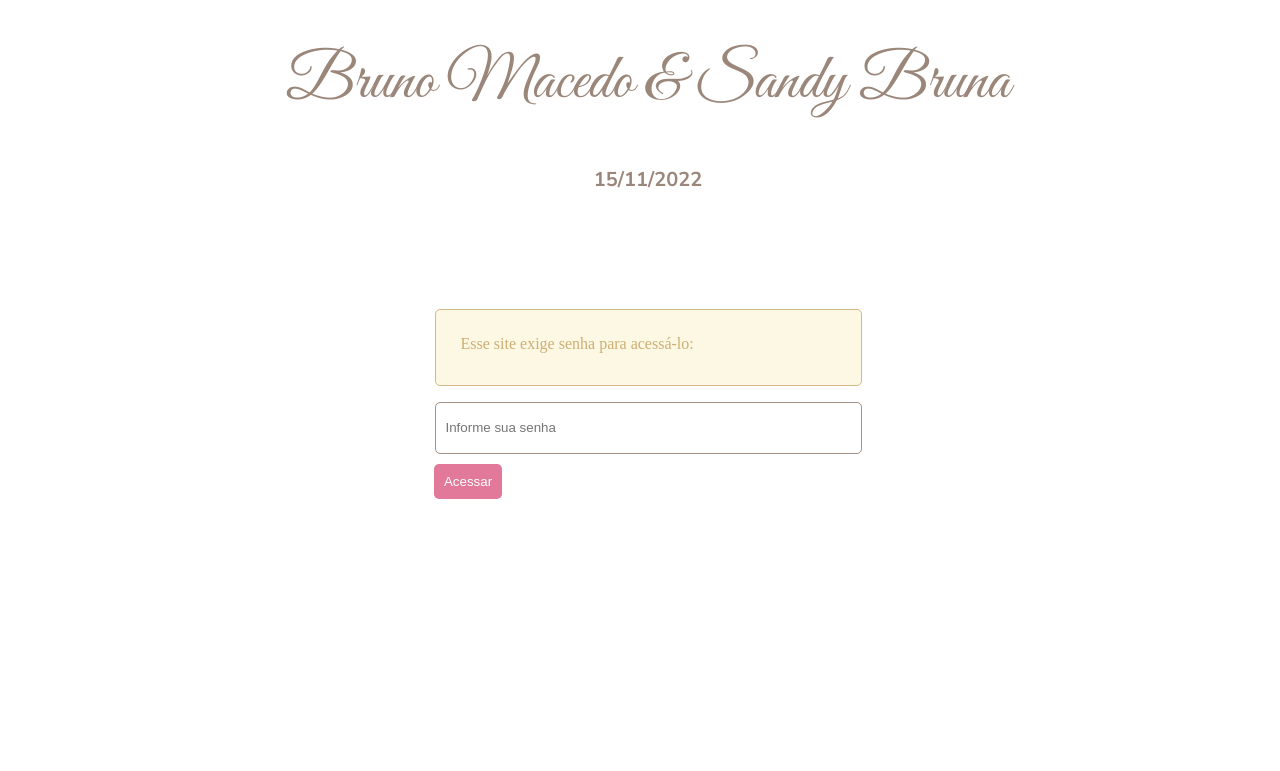
Repository: FerrazNathan/projetoBruno
Page: /login (app in projeto-bruno/)
The author's editor kept a copy of each file at every save. The page is drawn from the files as they stood at one save, then again after the next save.
The browser window is 1280 px wide. The pictures show the whole page.
Some web fonts or font styles are not loaded; a fallback is used. The project was rebuilt for these pictures with package versions that can differ from the ones it lists, and the page was loaded fresh each time. The framework's server and built-in components were replaced by stand-ins that run in the browser. Also part of the build but not shown: projeto-bruno/next.config.js.

Above is the page before, as saved 2022-03-16 13:04:30.

After the next save:
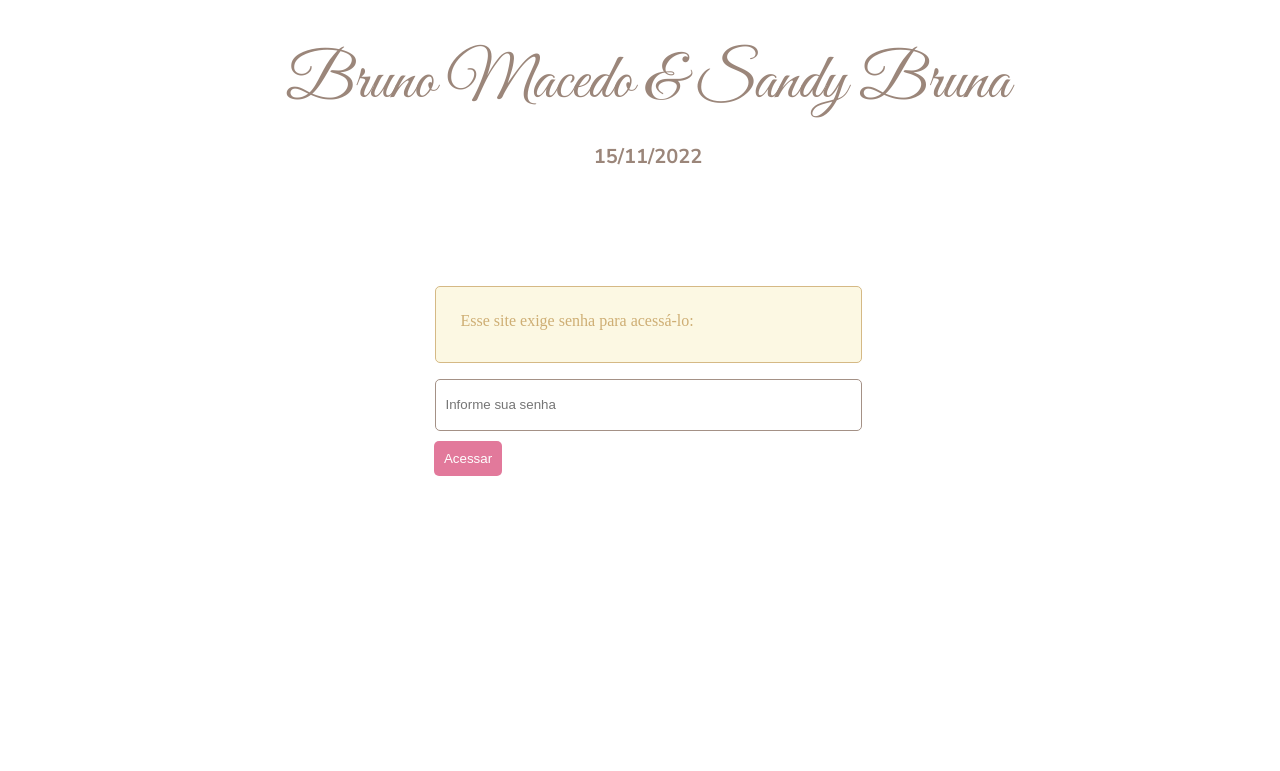
Saved 81 s later.
--- a/projeto-bruno/styles/styleLogin.js
+++ b/projeto-bruno/styles/styleLogin.js
@@ -20,4 +20,5 @@ export const Title = styled.h1`
   font-size: 64px;
   font-weight: 400;
   text-align: center;
+  margin-bottom: 0;
 `
